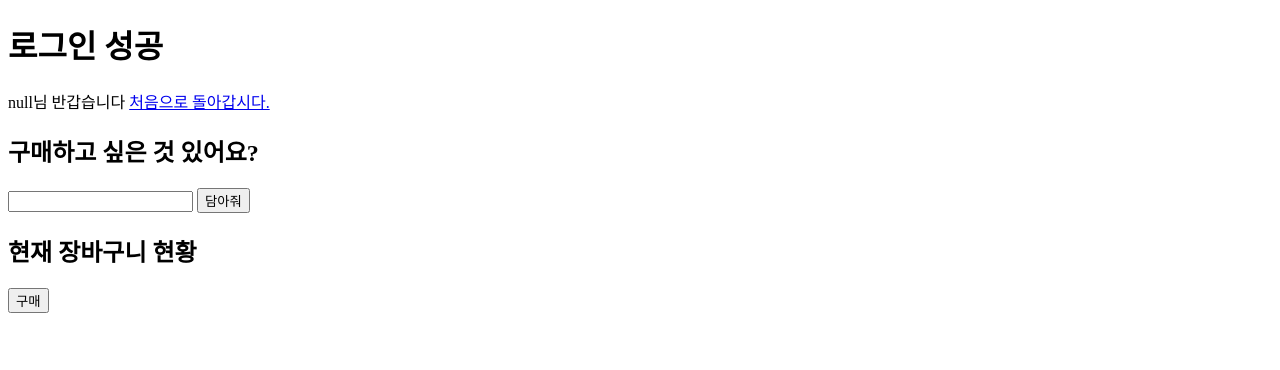
Repository: bgmun01/woorifisa_java
Page: http://localhost/web_day3/login/loginResult.jsp
These files come from the project's save history. The page is drawn as it stood at one moment and after the next save; the edit follows.
The browser window is 1280 px wide. The pictures show the whole page.
The page is served by Tomcat 9. Other server files are loaded and not shown.

Above is the page before, as saved 2023-06-19 02:37:03.

### web_day3/src/main/webapp/login/loginResult.jsp
<%@ page language="java" contentType="text/html; charset=UTF-8"
    pageEncoding="UTF-8"%>
<!DOCTYPE html>
<html>
<head>
<meta charset="UTF-8">
<title>Insert title here</title>
</head>
<body>
	<h1>로그인 성공</h1>
	<%=session.getAttribute("loginName")%>님 반갑습니다
	<a href="/web_day3/index.jsp">처음으로 돌아갑시다.</a>

	<h2>구매하고 싶은 것 있어요?</h2>
	<form action="/web_day3/cart" method='post'></form>
		<input type = "text" name = "product">
		<input type = "submit" value= "담아줘">
	</form>

	<h2>현재 장바구니 현황</h2>
	<div></div>
	<form action="/web_day3/buy" method='post'></form>
		<input type = "submit" value= "구매">
	</form>
</body>
</html>

After the next save:
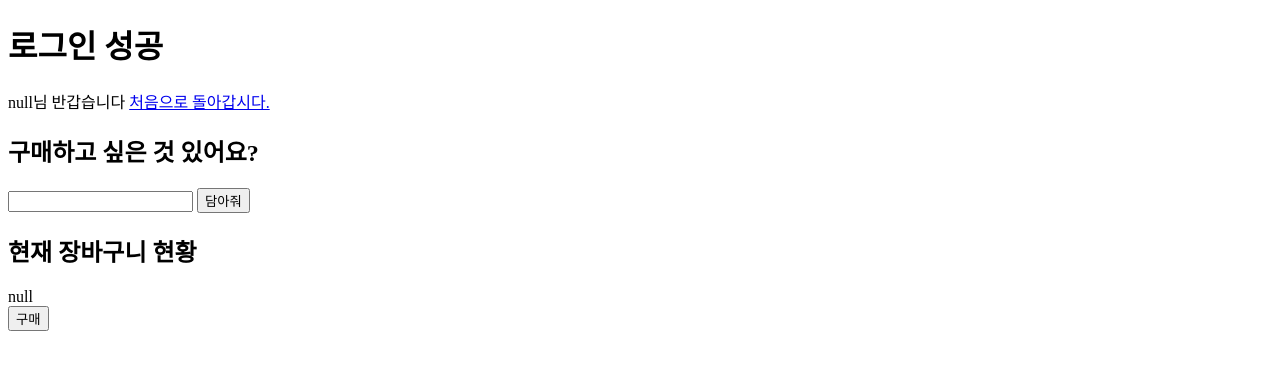
Saved 71 s later.
--- a/web_day3/src/main/webapp/login/loginResult.jsp
+++ b/web_day3/src/main/webapp/login/loginResult.jsp
@@ -18,7 +18,9 @@
 	</form>
 
 	<h2>현재 장바구니 현황</h2>
-	<div></div>
+	<div>
+		<%=session.getAttribute("cart") %>
+	</div>
 	<form action="/web_day3/buy" method='post'></form>
 		<input type = "submit" value= "구매">
 	</form>
